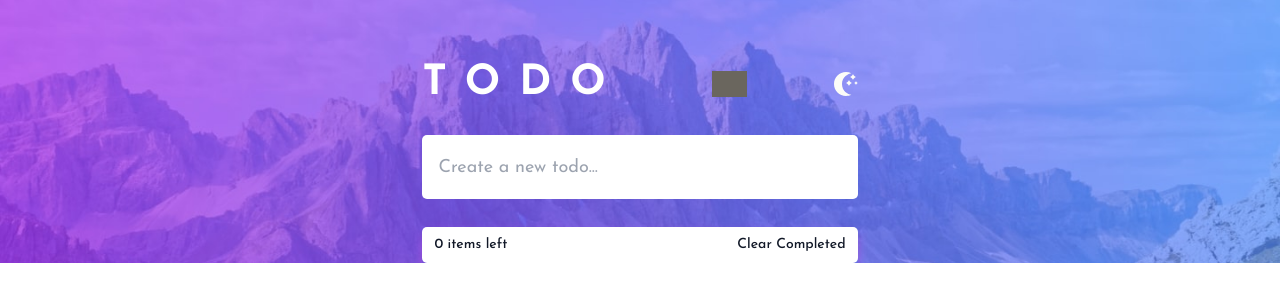
Repository: ikram-lisa/todo-list
Page: /
The author's editor kept a copy of each file at every save. The page is drawn from the files as they stood at one save, then again after the next save.
The browser window is 1280 px wide. The pictures show the whole page.
Pictures or frames that could not be fetched are drawn as grey boxes. The project was rebuilt for these pictures with package versions that can differ from the ones it lists, and the page was loaded fresh each time. Also part of the build but not shown: vite.config.js.

Above is the page before, as saved 2024-05-15 02:44:34.

### src/main.jsx
import React from "react";
import ReactDOM from "react-dom/client";
import App from "./App.jsx";
import "./css/style.scss";
ReactDOM.createRoot(document.getElementById("root")).render(
  <React.StrictMode>
    <App />
  </React.StrictMode>
);

### src/App.jsx
import Defaultlayout from "./layout/defaultlayout";
import Todolist from "./pages/Todolist";
const App = () => {
  return (
    <>
      <Defaultlayout>
        <Todolist />
      </Defaultlayout>
    </>
  );
};
export default App;

### src/css/style.scss
@use "./base/fonts";
@use "./base/variable" as *;
@use "./base/mixins" as *;
@tailwind base;
@tailwind components;
@tailwind utilities;

body {
  font-size: 18px;
  font-family: "Josefin Sans", sans-serif;
  font-weight: 400;
}

.container-todo {
  width: 100%;
  height: 100vh;
}
.bg-light-theme {
  background-image: url("../assets/images/bg-desktop-light.jpg");
  background-position: center;
  background-size: cover;
  overflow-x: hidden;

  width: 100%;
}

.bg-dark-theme {
  background-image: url("../assets/images/bg-desktop-dark.jpg");
  background-position: center;
  background-size: cover;
  overflow-x: hidden;

  width: 100%;
}
.theme-content {
  width: 34%;
  margin: 53px auto;
  margin-bottom: 20px !important;
  h1 {
    font-weight: 700;
    color: white;
    font-size: 2.6rem;
    letter-spacing: 19px;
  }
  img {
    width: 100%;
    max-width: 35px;
    height: auto;
    display: block;
    cursor: pointer;
    filter: invert(104%) sepia(29%) brightness(99%);
  }
}
.form {
  width: 34%;
  margin: 0 auto;
}
.input-search {
  outline: none;
}

/* Custom classes for specific page layouts */
.custom-checkbox input[type="checkbox"] {
  @include customCheckbox;
}

.custom-checkbox .checkbox-custom {
  @include checkboxCustom;
}

.custom-checkbox input[type="checkbox"]:checked + .checkbox-custom {
  @include checkedCheckboxCustom;
}

.custom-checkbox input[type="checkbox"]:checked + .checkbox-custom:after {
  @include checkedCheckboxCustomAfter;
}

.checklist-item {
  margin-bottom: 0.5rem;
  padding: 0.5rem;
  border-radius: 5px;
}
.checklist-label-title {
  background-color: red;
}

.checklist-label {
  margin-left: 0.5rem;
}
.result {
  box-shadow: hsl(280, 87%, 65%) 0px 6px 12px -2px,
    rgba(0, 0, 0, 0.3) 0px 3px 7px -3px;
}

### src/layout/defaultlayout.jsx
const defaultlayout = ({ children }) => {
  return (
    <>
      <section>{children}</section>
    </>
  );
};
export default defaultlayout;

### src/pages/Todolist.jsx
import { useState } from "react";
import Light from "../assets/images/light.svg";
import Dark from "../assets/images/dark.svg";
import Form from "../components/Form";
const Todolist = () => {
  const [theme, setTheme] = useState("light");
  const handleToggle = () => {
    setTheme(theme === "light" ? "dark" : "light");
  };
  return (
    <>
      <section
        className={`container-todo ${
          theme === "light" ? "bg-white" : "bg-VeryDarkBlueish"
        }`}
      >
        <div
          className={`theme  ${
            theme === "light" ? "bg-light-theme" : "bg-dark-theme"
          } `}
        >
          <div className="theme-content flex justify-between items-center">
            <h1>TODO</h1>
            <img src="../assets/images/moon.svg" alt="" />
            <button onClick={handleToggle}>
              {theme === "light" ? (
                <img src={Dark} alt="dark mode" />
              ) : (
                <img src={Light} alt="light mode" />
              )}
            </button>
          </div>
          <div className="form">
            <Form theme={theme} />
          </div>
        </div>
      </section>
    </>
  );
};
export default Todolist;

### src/css/base/_fonts.scss
@import url("https://fonts.googleapis.com/css2?family=Josefin+Sans:ital,wght@0,100..700;1,100..700&family=Kumbh+Sans:wght@100..900&family=Montserrat:ital,wght@0,100..900;1,100..900&family=Open+Sans:ital,wght@0,400;0,600;0,700;0,800;1,400;1,700;1,800&family=Poppins:ital,wght@0,200;0,300;0,400;0,500;0,600;0,700;0,800;0,900;1,100;1,200;1,300;1,400;1,500;1,600;1,700;1,800;1,900&display=swap");

### src/css/base/_variable.scss
// ### Light Theme

$VeryLightGray: hsl(0, 0%, 98%);
$VeryLightGrayishBlue: hsl(236, 33%, 92%);
$LightGrayishBlue: hsl(233, 11%, 84%);
$DarkGrayishBlue: hsl(236, 9%, 61%);
$VeryDarkGrayishBlue: hsl(235, 19%, 35%);

// ### Dark Theme

$VeryDarkBlue: hsl(235, 21%, 11%);
$VeryDarkBlueish: hsl(235, 24%, 19%);
$LightGrayishBlue: hsl(234, 39%, 85%);
$LightGrayishBlue: hsl(236, 33%, 92%);
$DarkGrayishBlue: hsl(234, 11%, 52%);
$VeryDarkGrayishBlue: hsl(233, 14%, 35%);
$VeryDarkGrayishBlue: hsl(237, 14%, 26%);

### src/css/base/_mixins.scss
@mixin customCheckbox {
  display: none;
}

@mixin checkboxCustom {
  width: 23px;
  height: 23px;
  border: 2px solid #ccc;
  display: inline-block;
  margin-right: 10px;
  vertical-align: middle;
  cursor: pointer;
  border-radius: 50%;
  top: 4px;
}

@mixin checkedCheckboxCustom {
  background-image: linear-gradient(
    to right,
    hsl(192, 100%, 67%),
    hsl(280, 87%, 65%)
  );
  display: flex;
  justify-content: center;
  align-items: center;
  border: none;
}

@mixin checkedCheckboxCustomAfter {
  content: "";

  width: 5px;
  height: 8px;
  border: solid white;
  border-width: 0 3px 3px 0;
  transform: rotate(45deg);
}

### src/components/Form.jsx
import { useState } from "react";
import Tab from "./TabBar";

/* eslint-disable react/prop-types */
const Form = ({ theme }) => {
  const [todos, setTodos] = useState([]);
  const [inputValue, setInputValue] = useState("");
  const [filter, setFilter] = useState("all");
  const handleChange = (e) => {
    setInputValue(e.target.value);
  };
  const handleSubmit = (e) => {
    e.preventDefault();
    if (inputValue.trim() === "") return;
    const newTodo = {
      id: todos.length + 1,
      text: inputValue,
      isCompleted: false,
    };
    setTodos([...todos, newTodo]);
    setInputValue("");
  };
  const handleToggleCompleted = (id) => {
    const updatedTodos = todos.map((todo) => {
      if (todo.id === id) {
        return { ...todo, isCompleted: !todo.isCompleted };
      }
      return todo;
    });
    setTodos(updatedTodos);
  };
  const handleDelete = (id) => {
    const updatedTodos = todos.filter((todo) => todo.id !== id);
    setTodos(updatedTodos);
    console.log("deleted");
  };
  const handleDeleteAll = () => {
    setTodos([]);
  };
  const completedCount = todos.filter((todo) => todo.isCompleted).length;
  const getFilteredTodos = () => {
    switch (filter) {
      case "active":
        return todos.filter((todo) => !todo.isCompleted);
      case "completed":
        return todos.filter((todo) => todo.isCompleted);
      default:
        return todos;
    }
  };

  const filteredTodos = getFilteredTodos();
  return (
    <>
      <section className="search rounded-[5px] relative w-full h-16 flex items-center">
        <form
          onSubmit={handleSubmit}
          className="search rounded-[5px] relative w-full h-16 flex items-center"
        >
          <input
            type="text"
            value={inputValue}
            onChange={handleChange}
            className={`input-search block w-full p-4 text-lg text-gray-900 ${
              theme === "dark"
                ? "bg-VeryDarkBlueish text-white"
                : "bg-white text-gray-900"
            } rounded-[5px] w-full h-16 flex items-center`}
            placeholder="Create a new todo..."
          />
        </form>
      </section>
      <section className="result mt-7">
        <ul
          className={`w-full text-sm font-medium ${
            theme === "dark"
              ? "bg-VeryDarkBlueish text-white border-gray-600"
              : "bg-white text-gray-900 border-gray-200"
          } rounded-[5px]`}
        >
          {filteredTodos.map((todo) => (
            <li
              key={todo.id}
              className={`w-full border-b border-gray-500 rounded-t-lg dark:border-gray-600 ${
                todo.isCompleted ? "checked" : ""
              }`}
            >
              <div className="flex items-center justify-between ps-3">
                <label className="custom-checkbox flex items-center gap-3 w-full py-5 ms-2 text-sm font-medium">
                  <input
                    type="checkbox"
                    checked={todo.isCompleted}
                    onChange={() => handleToggleCompleted(todo.id)}
                    className="mr-5 mt-2"
                  />
                  <div className="checkbox-custom"></div>
                  {todo.text}{" "}
                </label>
                <button
                  type="button"
                  onClick={() => handleDelete(todo.id)}
                  className="ms-auto -ml-1.5 mr-[0.625rem] text-[transparent] font-bold hover:text-gray-500  p-1.5
       inline-flex items-center justify-center h-7 w-7 "
                >
                  <span className="sr-only">Close</span>
                  <svg
                    className="w-5 h-5"
                    aria-hidden="true"
                    xmlns="http://www.w3.org/2000/svg"
                    fill="none"
                    viewBox="0 0 14 14"
                  >
                    <path
                      stroke="currentColor"
                      strokeLinecap="round"
                      strokeLinejoin="round"
                      strokeWidth="2"
                      d="m1 1 6 6m0 0 6 6M7 7l6-6M7 7l-6 6"
                    />
                  </svg>
                </button>
              </div>
            </li>
          ))}

          <li className="w-full">
            <div className="flex items-center justify-between py-2 px-3">
              <span>{completedCount} items left</span>
              <div className="tab">
                <Tab setFilter={setFilter} currentFilter={filter} />
              </div>
              <button onClick={handleDeleteAll}>Clear Completed</button>
            </div>
          </li>
        </ul>
      </section>
    </>
  );
};
export default Form;

### src/components/TabBar.jsx
const Checklist = () => {
  return (
    <>
      <h1></h1>
    </>
  );
};
export default Checklist;

Loaded but not shown: index.html (common file); tailwind.config.js (1082 lines, source omitted)

After the next save:
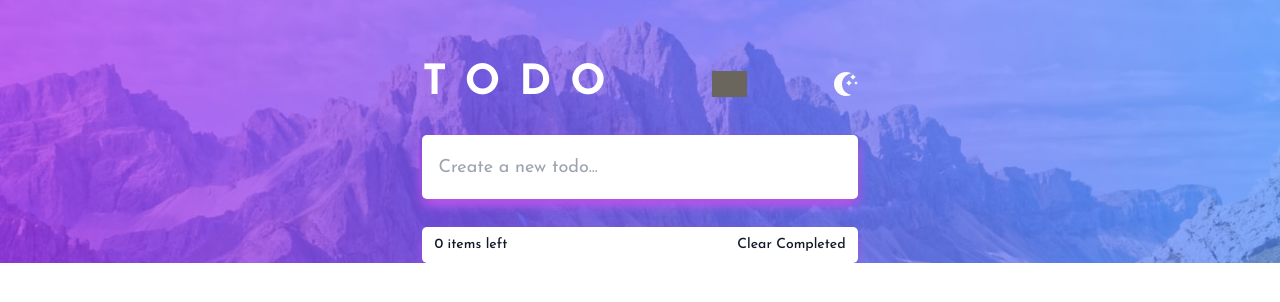
Saved 70 s later.
--- a/src/css/style.scss
+++ b/src/css/style.scss
@@ -55,6 +55,10 @@ body {
   width: 34%;
   margin: 0 auto;
 }
+.search {
+  box-shadow: hsl(280, 87%, 65%) 0px 6px 12px -2px,
+    rgba(0, 0, 0, 0.3) 0px 3px 7px -3px;
+}
 .input-search {
   outline: none;
 }
